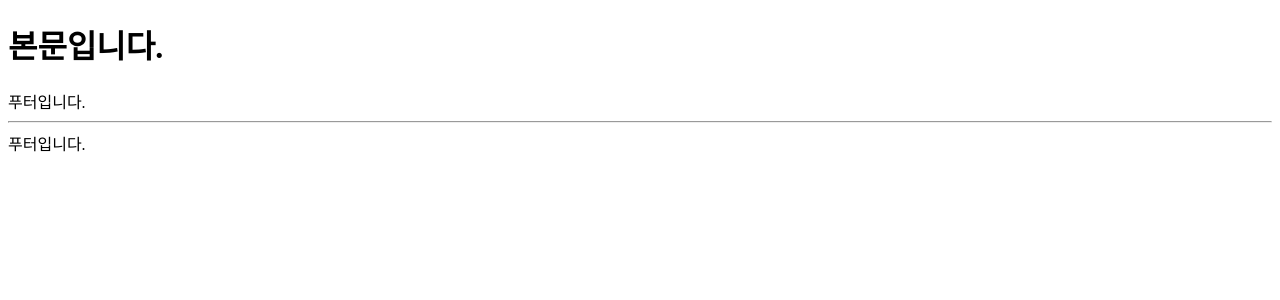
Repository: sanghshlsh/workspace_jsp
Page: http://localhost/Test060201/NewFile.jsp
These files come from the project's save history. The page is drawn as it stood at one moment and after the next save; the edit follows.
The browser window is 1280 px wide. The pictures show the whole page.
The page is served by Tomcat 9. Other server files are loaded and not shown.

Above is the page before, as saved 2020-06-02 01:16:29.

### Test060201/WebContent/NewFile.jsp
<%@ page language="java" contentType="text/html; charset=UTF-8"
    pageEncoding="UTF-8"%>
<%@ taglib uri="http://java.sun.com/jsp/jstl/core" prefix="c"%>
<%@ taglib uri="http://java.sun.com/jsp/jstl/fmt" prefix="fmt" %>
<%@ taglib uri="http://java.sun.com/jsp/jstl/functions" prefix="fn" %>

<!DOCTYPE html>
<html>
<head>
<meta charset="UTF-8">
<title>Insert title here</title>
</head>
<body>
	<h1>본문입니다.</h1>

	<%@include file="part1.jsp"%>
	<hr>

	<jsp:include page="part2.jsp"></jsp:include>

</body>
</html>

### Test060201/WebContent/part1.jsp
<%@ page language="java" contentType="text/html; charset=UTF-8"
    pageEncoding="UTF-8"%>
<%@ taglib uri="http://java.sun.com/jsp/jstl/core" prefix="c"%>
<%@ taglib uri="http://java.sun.com/jsp/jstl/fmt" prefix="fmt" %>
<%@ taglib uri="http://java.sun.com/jsp/jstl/functions" prefix="fn" %>

    <footer>
    	푸터입니다.

    </footer>

### Test060201/WebContent/part2.jsp
<%@ page language="java" contentType="text/html; charset=UTF-8"
    pageEncoding="UTF-8"%>
<%@ taglib uri="http://java.sun.com/jsp/jstl/core" prefix="c"%>
<%@ taglib uri="http://java.sun.com/jsp/jstl/fmt" prefix="fmt" %>
<%@ taglib uri="http://java.sun.com/jsp/jstl/functions" prefix="fn" %>

    <footer>
    	푸터입니다.

    </footer>

### Test060201/WebContent/part3.jsp
<%@ page language="java" contentType="text/html; charset=UTF-8"
    pageEncoding="UTF-8"%>
<%@ taglib uri="http://java.sun.com/jsp/jstl/core" prefix="c"%>
<%@ taglib uri="http://java.sun.com/jsp/jstl/fmt" prefix="fmt" %>
<%@ taglib uri="http://java.sun.com/jsp/jstl/functions" prefix="fn" %>

    <footer>
    	푸터입니다.
	<%
		String id = request.getParameter("id");
	%>

	<%= id %>
    </footer>

After the next save:
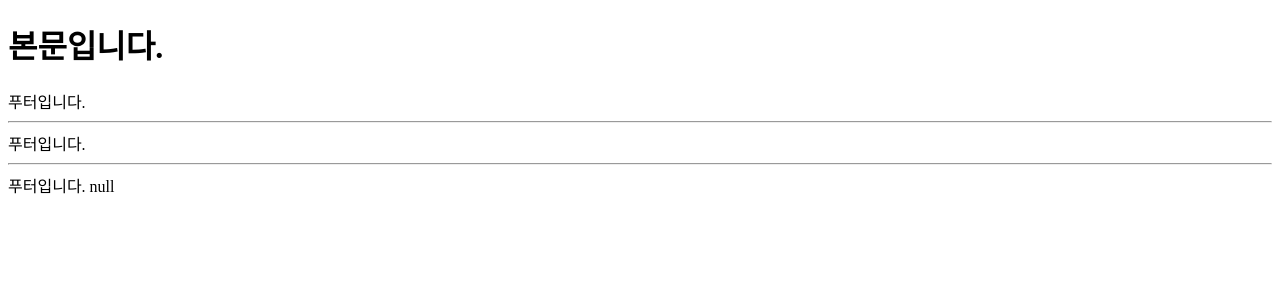
Saved 2 min 0 s later.
--- a/Test060201/WebContent/NewFile.jsp
+++ b/Test060201/WebContent/NewFile.jsp
@@ -17,6 +17,7 @@
 	<hr>
 
 	<jsp:include page="part2.jsp"></jsp:include>
-
+	<hr>
+	<jsp:include page="part3.jsp"></jsp:include>
 </body>
 </html>
